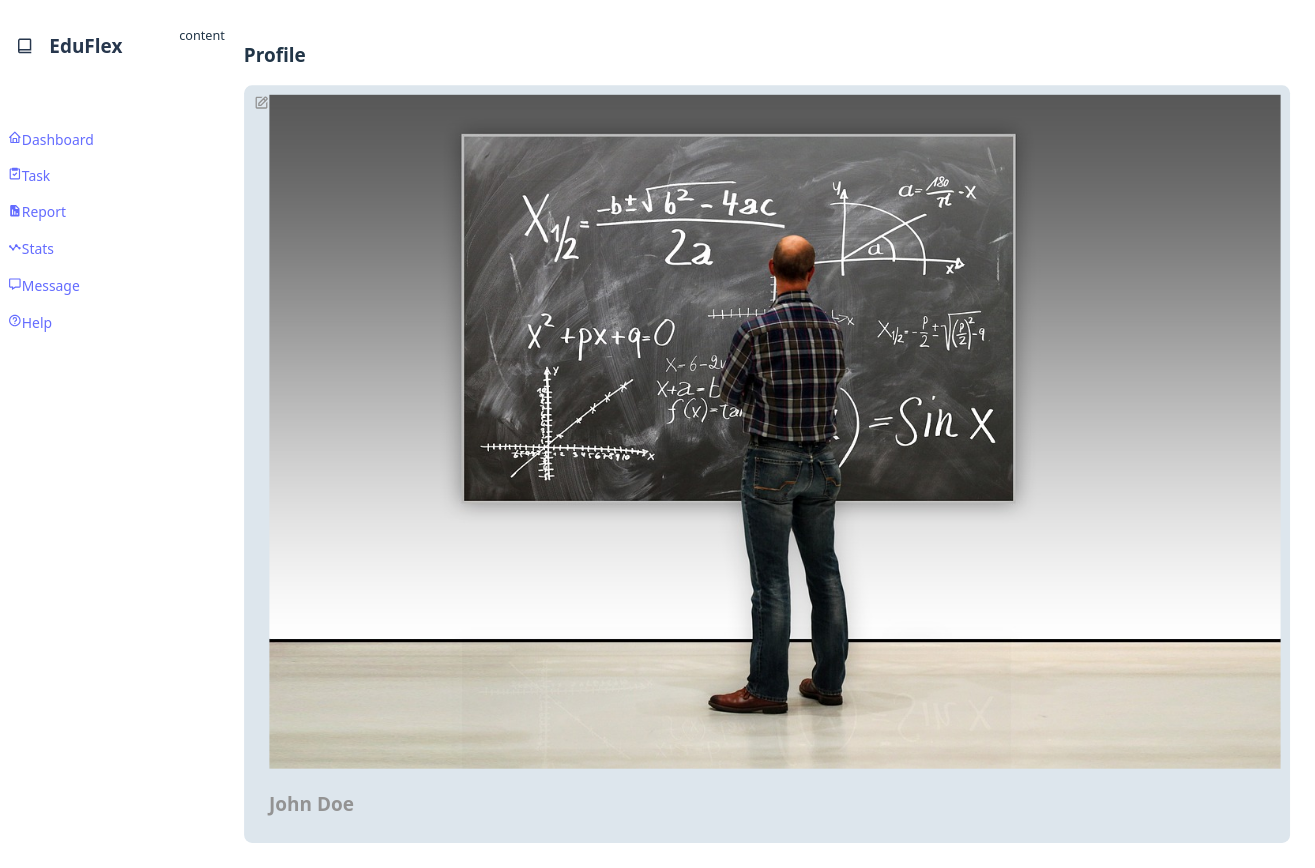
Repository: gogg23/react-dash
Page: /
These files come from the project's save history. The page is drawn as it stood at one moment and after the next save; the edit follows.
The browser window is 1280 px wide. The page is 1665 px wide, so the pictures cover 1665 px, including what lies to the right of the window. The pictures show the whole page, at 79% of full size.
The project was rebuilt for these pictures with package versions that can differ from the ones it lists, and the page was loaded fresh each time. Also part of the build but not shown: vite.config.js.

Above is the page before, as saved 2025-03-29 16:49:13.

### index.html
<!DOCTYPE html>
<html lang="en">
  <head>
    <meta charset="UTF-8" />
    <link rel="icon" type="image/svg+xml" href="/vite.svg" />
    <meta name="viewport" content="width=device-width, initial-scale=1.0" />
    <title>React Dashboard</title>
  </head>
  <body>
    <div id="root"></div>
    <script type="module" src="/src/main.jsx"></script>
  </body>
</html>

### src/App.jsx
import React from 'react';
import Sidebar from './components/Sidebar';
import Content from './components/Content';
import Profile from './components/Profile';
import './App.css';

const App = () => {
  return (
    <div className='dashboard'>
      <Sidebar />
      <div className='dashboard--content'>
        <>
          <Content />
          <Profile />
        </>
      </div>
    </div>
  );
};

export default App;

### src/components/Sidebar.jsx
import React from 'react';
import {
  BiHome,
  BiBookAlt,
  BiTask,
  BiMessage,
  BiSolidReport,
  BiStats,
  BiHelpCircle,
  BiTaskX,
} from 'react-icons/bi';
import '../styles/Sidebar.css';
const Sidebar = () => {
  return (
    <div className='menu'>
      <div className='logo'>
        <BiBookAlt className='logo-icon' />
        <h2>EduFlex</h2>
      </div>

      <div className='menu--list'>
        <a href='' className='item'>
          <BiHome />
          Dashboard
        </a>
        <a href='' className='item'>
          <BiTask />
          Task
        </a>
        <a href='' className='item'>
          <BiSolidReport />
          Report
        </a>
        <a href='' className='item'>
          <BiStats />
          Stats
        </a>
        <a href='' className='item'>
          <BiMessage />
          Message
        </a>
        <a href='' className='item'>
          <BiHelpCircle />
          Help
        </a>
      </div>
    </div>
  );
};

export default Sidebar;

### src/components/Content.jsx
import React from 'react';

function content() {
  return <div>content</div>;
}

export default content;

### src/components/Profile.jsx
import React from 'react';
import ProfileHeader from './profileHeader.jsx';
import '../styles/profile.css';

const Profile = () => {
  return (
    <div className='profile'>
      <ProfileHeader />
    </div>
  );
};

export default Profile;

### src/App.css
.dashboard {
  display: flex;
  gap: 20px;
}

.dashboard--content {
  background: #fff;
  flex: 1;
  border-radius: 20px;
  padding: 2rem;
  display: flex;
  gap: 1.5rem;
  justify-content: space-between;
}

### src/styles/sidebar.css
.sidebar {
  background-color: #dde6ed; /* Adjust to match your desired grey */
  width: 250px; /* Ensure proper width */
  height: 100vh; /* Full height */
  padding: 20px;
}

/* Menu container */
.menu {
  display: flex;
  flex-direction: column;
  gap: 2.3rem;
  height: 94vh;
}

/* Logo styles */
.logo {
  text-align: center;
  padding: 20px;
  color: #27374d;
  align-items: center;
  display: flex;
  gap: 20px;
}

.logo-icon {
  font-size: 1.4rem;
}

/* Menu items */
.menu--list {
  display: flex;
  flex-direction: column;
  gap: 20px;
  font-size: 1.1rem;
  text-decoration: none;
  font-weight: 600;
  padding: 10px;
  border-radius: 10px;
  transition: 0.3s ease-in-out;
  color: #27374d;
}

/* Menu item hover effect */
.menu--list .item:hover,
.active {
  background-color: #27374d;
  color: #dde6ed !important;
}

### src/components/profileHeader.jsx
import React from 'react';
import { BiEdit } from 'react-icons/bi';
import '../styles/profileHeader.css';
import Image1 from '../assets/images/Image1.jpg';

const profileHeader = () => {
  return (
    <div>
      <div className='header--title'></div>
      <h2 className='header--title'>Profile</h2>
      <div className='edit'>
        <BiEdit className='icon' />

        <div className='user--profile'>
          <div className='user--detail'>
            <img src={Image1} alt='' />
            <h2 className='user--name'>John Doe</h2>
          </div>
        </div>
      </div>
    </div>
  );
};

export default profileHeader;

### src/styles/profile.css
.profile {
  flex: 1;
}
.profile--header {
  display: flex;
  justify-content: space-between;
  align-items: center;
}
.edit {
  background: #dde6ed;
  padding: 12px;
  border-radius: 10px;
  color: #939393;
  display: flex;
  justify-content: center;
}

.edit .icon {
  font-size: 20px;
  transition: 0.5s ease-in-out;
}

Loaded but not shown: src/main.jsx (common file); src/index.css (common file); src/styles/profileHeader.css (no stored copy; drawn as an empty file)

After the next save:
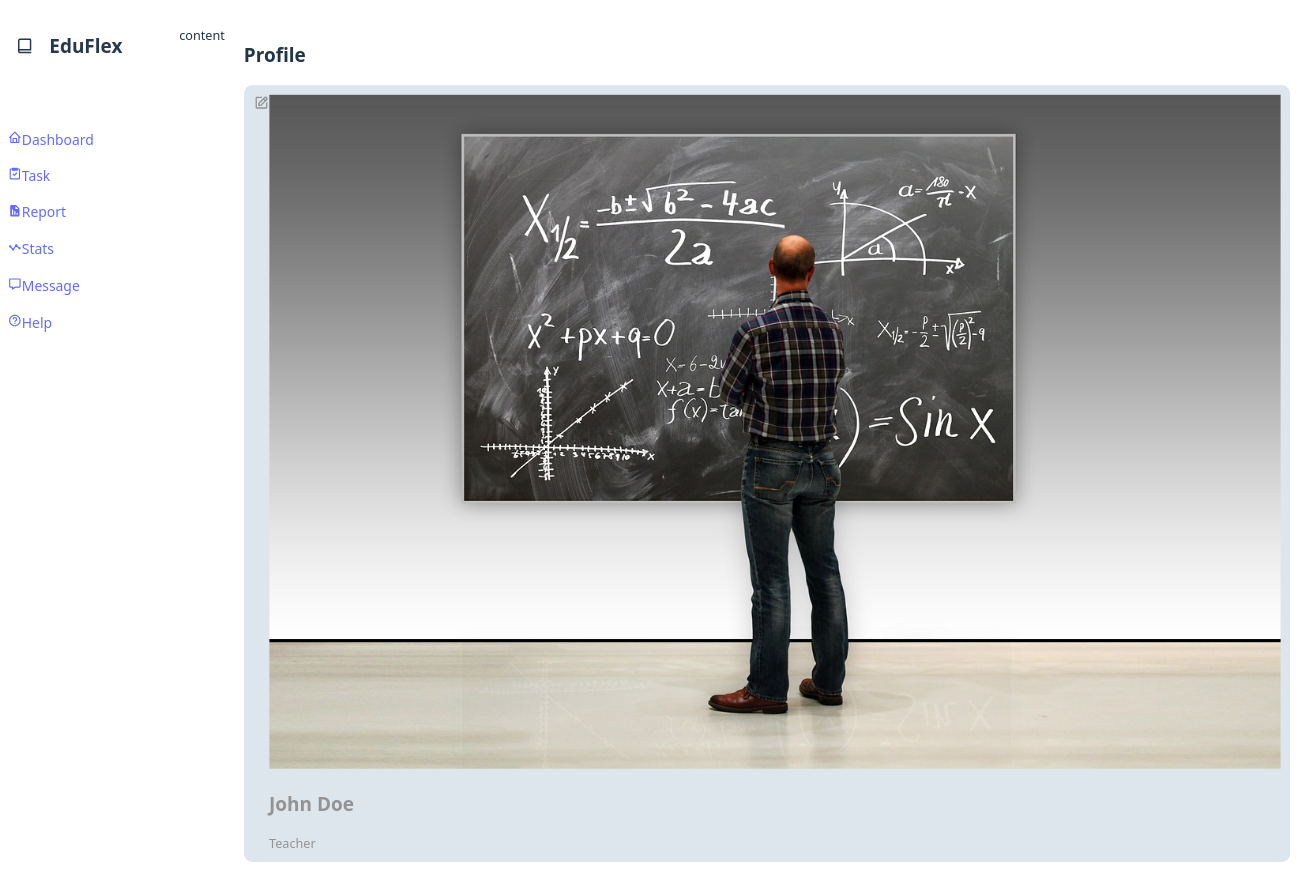
Saved 17 min 23 s later.
--- a/src/components/profileHeader.jsx
+++ b/src/components/profileHeader.jsx
@@ -15,6 +15,7 @@ const profileHeader = () => {
           <div className='user--detail'>
             <img src={Image1} alt='' />
             <h2 className='user--name'>John Doe</h2>
+            <span className='profession'>Teacher</span>
           </div>
         </div>
       </div>
